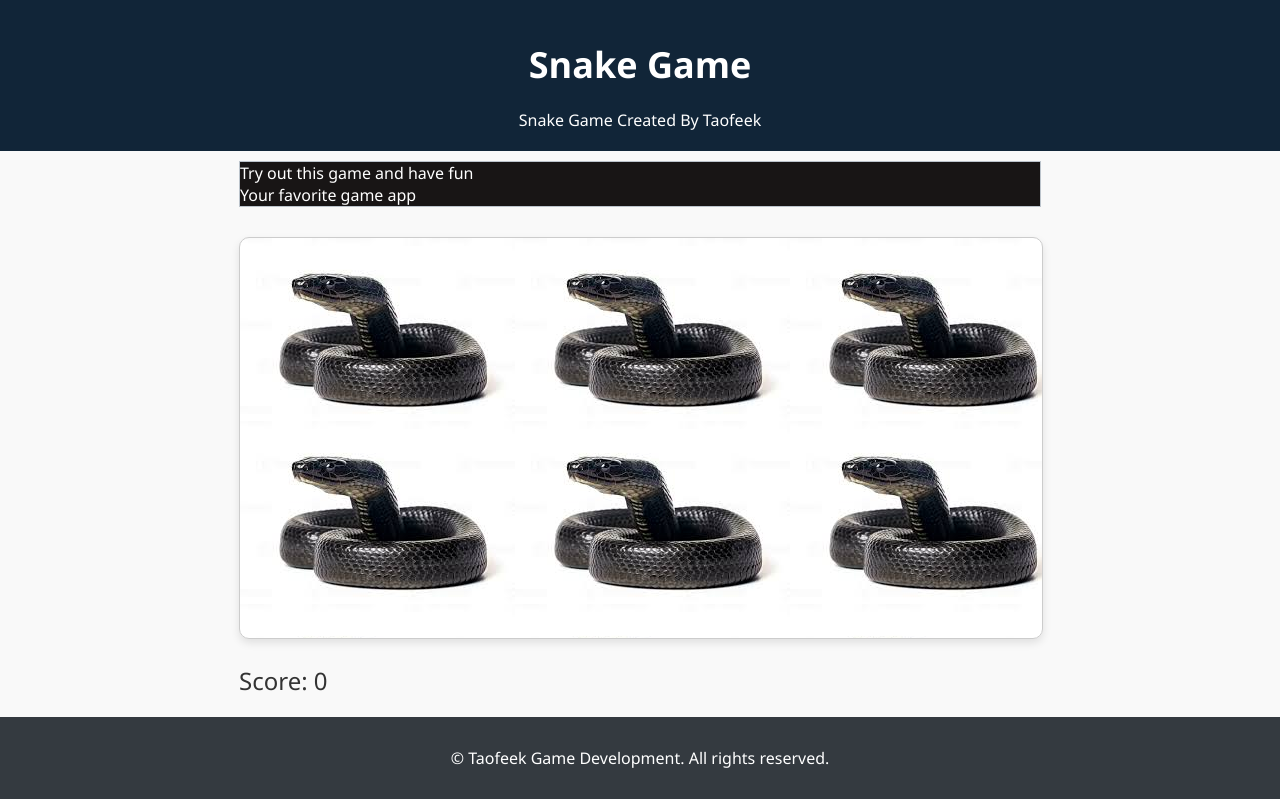
Repository: Taofeekolusola/Landing-page
Page: index.html
The author's editor kept a copy of each file at every save. The page is drawn from the files as they stood at one save, then again after a run of saves.
The browser window is 1280 px wide. The pictures show the whole page.

Above is the page before, as saved 2024-05-06 18:51:01.
Not found: script.js

After the next 4 saves:
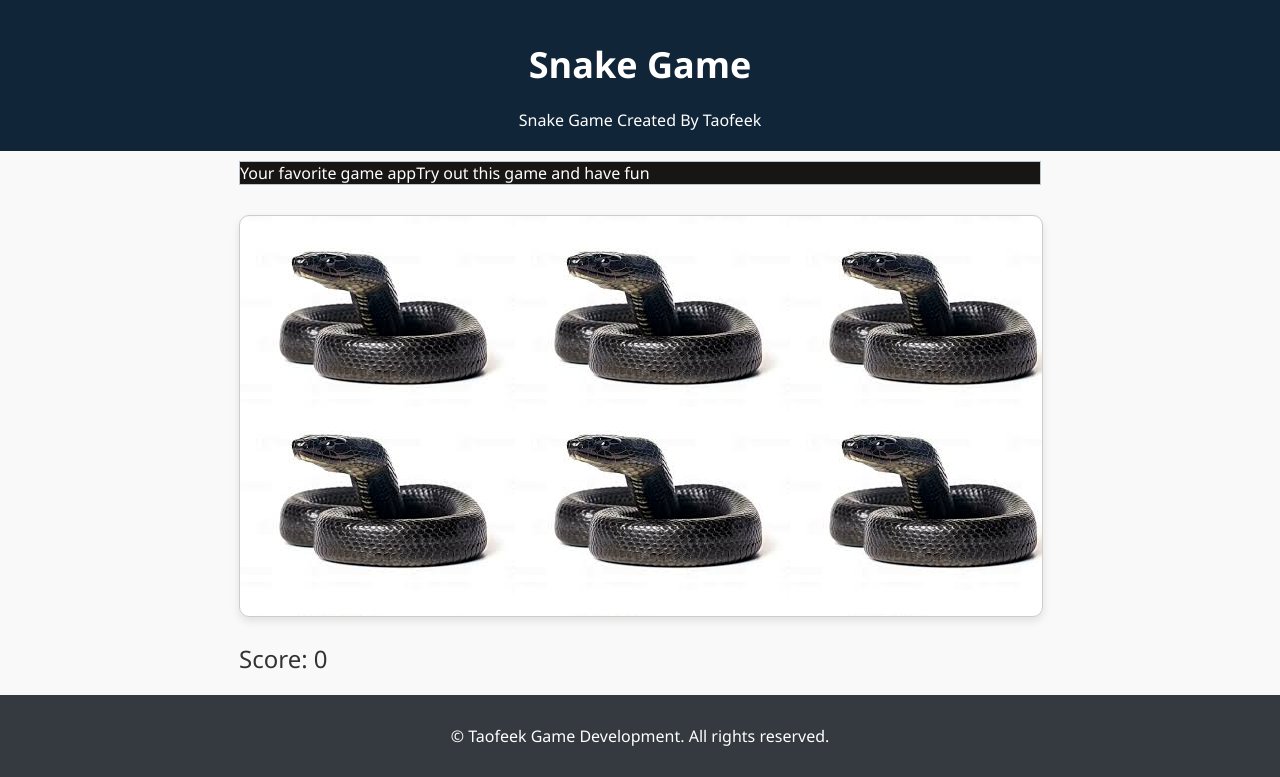
The 4 saves are shown as one change because they came seconds apart.
The last was saved 2 min 8 s later.
--- a/styles.css
+++ b/styles.css
@@ -42,8 +42,7 @@ header h1 {
 }
 
 .left {
-    display: flex;
-    text-align: ;
+    float: left;
 }
 
 main {
